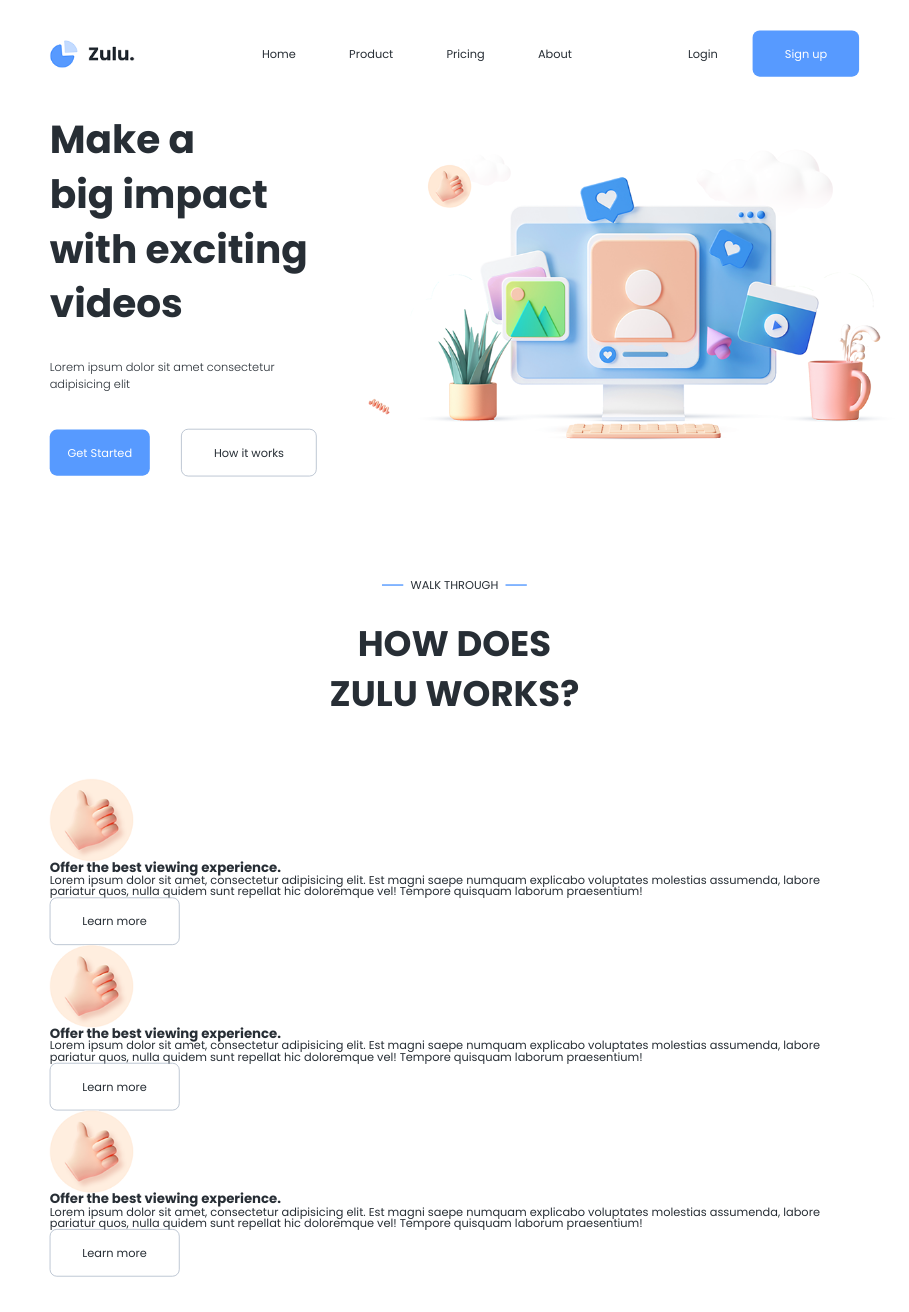
Repository: baodien1405/zulu-landing-page
Page: index.html
An editor plug-in stored every save of this project. The page is shown before and after the next save, followed by the edit.
The browser window is 1280 px wide. The pictures show the whole page, at 71% of full size.
The style sheet was rebuilt from its Sass, Less or Tailwind sources for each picture, by a compiler version that may differ from the author's.

Above is the page before, as saved 2021-06-22 16:43:49.

After the next save:
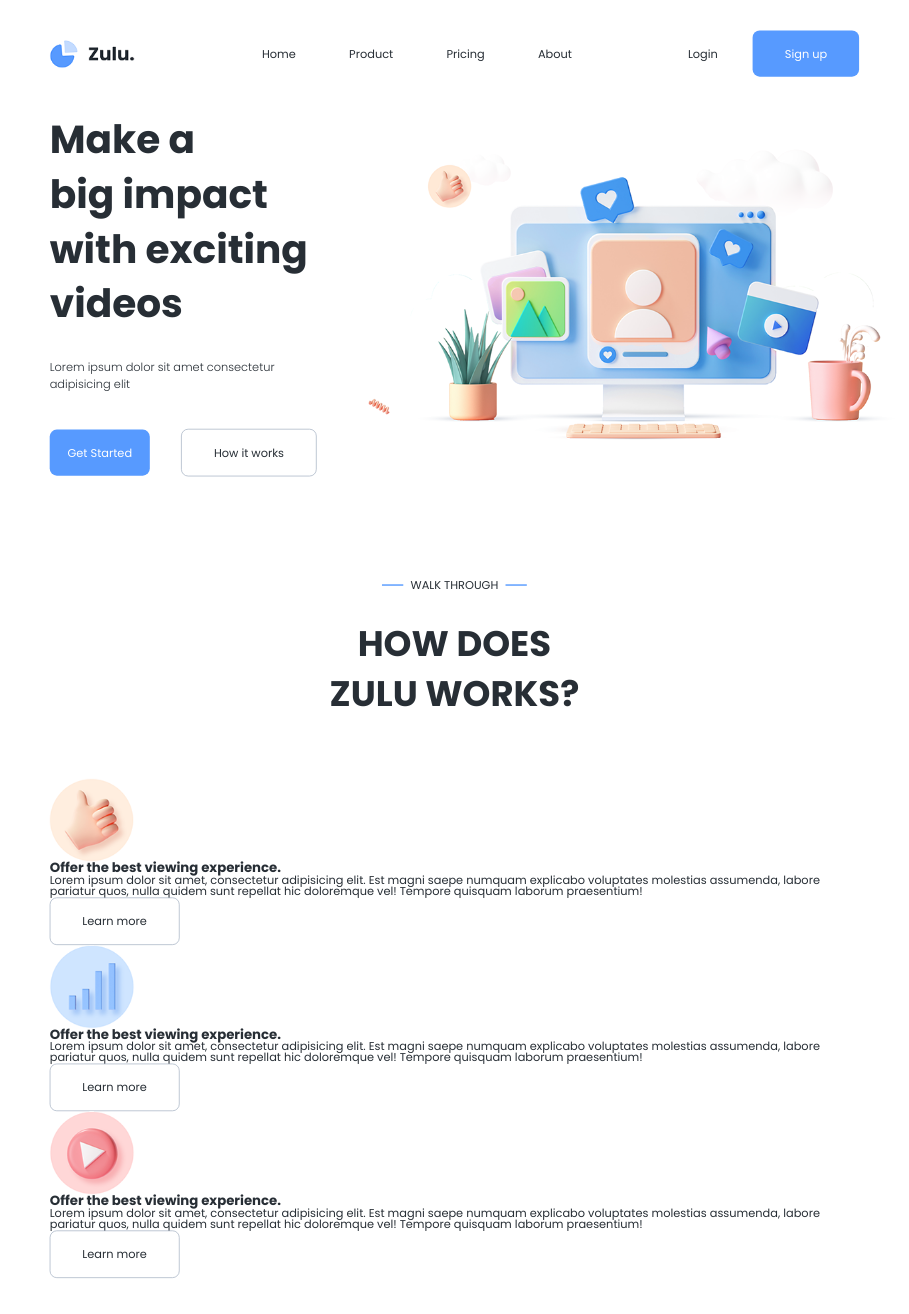
Saved 8 s later.
--- a/index.html
+++ b/index.html
@@ -68,13 +68,13 @@
             <a href="#" class="button button--outline">Learn more</a>
           </div>
           <div class="work-item">
-            <img src="./images/img2.png" alt="" class="work-image" />
+            <img src="./images/img3.png" alt="" class="work-image" />
             <h3 class="work-title">Offer the best viewing experience.</h3>
             <p class="work-desc">Lorem ipsum dolor sit amet, consectetur adipisicing elit. Est magni saepe numquam explicabo voluptates molestias assumenda, labore pariatur quos, nulla quidem sunt repellat hic doloremque vel! Tempore quisquam laborum praesentium!</p>
             <a href="#" class="button button--outline">Learn more</a>
           </div>
           <div class="work-item">
-            <img src="./images/img2.png" alt="" class="work-image" />
+            <img src="./images/img4.png" alt="" class="work-image" />
             <h3 class="work-title">Offer the best viewing experience.</h3>
             <p class="work-desc">Lorem ipsum dolor sit amet, consectetur adipisicing elit. Est magni saepe numquam explicabo voluptates molestias assumenda, labore pariatur quos, nulla quidem sunt repellat hic doloremque vel! Tempore quisquam laborum praesentium!</p>
             <a href="#" class="button button--outline">Learn more</a>
